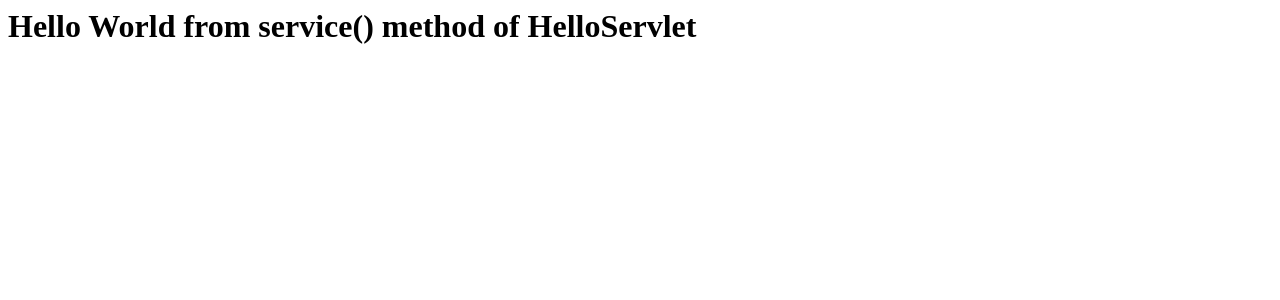
Repository: jacBowGo/revJava
Page: http://localhost/mine_first_servlet_app_demo/hello
An editor plug-in stored every save of this project. The page is shown before and after the next save, followed by the edit.
The browser window is 1280 px wide. The pictures show the whole page.
The page is served by Tomcat 9. Other server files are loaded and not shown.

Above is the page before, as saved 2020-10-11 18:02:23.

### ASSIGNMENTS/mine_first_servlet_app_demo/src/com/app/controller/HelloServlet.java
package com.app.controller;

import java.io.IOException;
import java.io.PrintWriter;

import javax.servlet.ServletException;
import javax.servlet.http.HttpServlet;
import javax.servlet.http.HttpServletRequest;
import javax.servlet.http.HttpServletResponse;

/**
 * Servlet implementation class HelloServlet
 */
public class HelloServlet extends HttpServlet {
	private static final long serialVersionUID = 1L;

    /**
     * @see HttpServlet#HttpServlet()
     */
    public HelloServlet() {
        super();
        // TODO Auto-generated constructor stub
    }

	/**
	 * @see HttpServlet#service(HttpServletRequest request, HttpServletResponse response)
	 */
	protected void service(HttpServletRequest request, HttpServletResponse response) throws ServletException, IOException {
		response.setContentType("text/html");
		PrintWriter out = response.getWriter();
		out.print("<h1>Hello World from service() method of HelloServlet</h>");
	}

	/**
	 * @see HttpServlet#doGet(HttpServletRequest request, HttpServletResponse response)
	 */
	protected void doGet(HttpServletRequest request, HttpServletResponse response) throws ServletException, IOException {
		response.setContentType("text/html");
		PrintWriter out = response.getWriter();
		out.print("<h1>Hello World from doGet() method of HelloServlet</h>");
	}

	/**
	 * @see HttpServlet#doPost(HttpServletRequest request, HttpServletResponse response)
	 */
	protected void doPost(HttpServletRequest request, HttpServletResponse response) throws ServletException, IOException {
		response.setContentType("text/html");
		PrintWriter out = response.getWriter();
		out.print("<h1>Hello World from doPost() method of HelloServlet</h>");
	}

	/**
	 * @see HttpServlet#doPut(HttpServletRequest, HttpServletResponse)
	 */
	protected void doPut(HttpServletRequest request, HttpServletResponse response) throws ServletException, IOException {
		response.setContentType("text/html");
		PrintWriter out = response.getWriter();
		out.print("<h1>Hello World from doPut() method of HelloServlet</h>");
	}

	/**
	 * @see HttpServlet#doDelete(HttpServletRequest, HttpServletResponse)
	 */
	protected void doDelete(HttpServletRequest request, HttpServletResponse response) throws ServletException, IOException {
		response.setContentType("text/html");
		PrintWriter out = response.getWriter();
		out.print("<h1>Hello World from doDelete() method of HelloServlet</h>");
	}

}

After the next save:
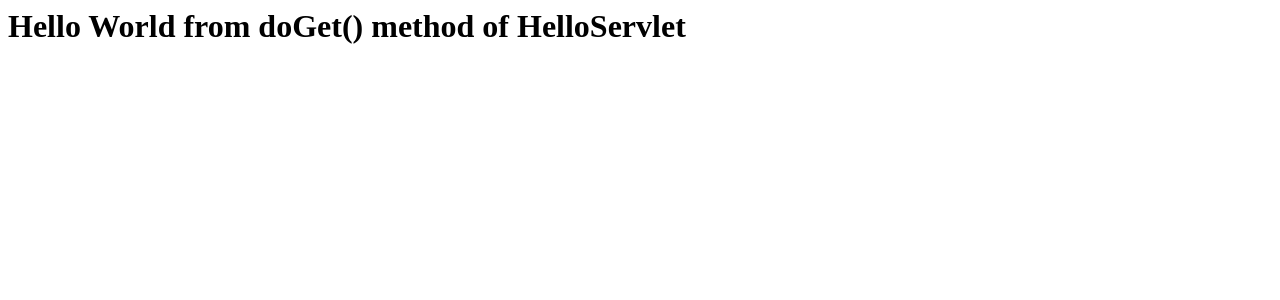
Saved 3 min 0 s later.
--- a/ASSIGNMENTS/mine_first_servlet_app_demo/src/com/app/controller/HelloServlet.java
+++ b/ASSIGNMENTS/mine_first_servlet_app_demo/src/com/app/controller/HelloServlet.java
@@ -25,11 +25,11 @@ public class HelloServlet extends HttpServlet {
 	/**
 	 * @see HttpServlet#service(HttpServletRequest request, HttpServletResponse response)
 	 */
-	protected void service(HttpServletRequest request, HttpServletResponse response) throws ServletException, IOException {
-		response.setContentType("text/html");
-		PrintWriter out = response.getWriter();
-		out.print("<h1>Hello World from service() method of HelloServlet</h>");
-	}
+//	protected void service(HttpServletRequest request, HttpServletResponse response) throws ServletException, IOException {
+//		response.setContentType("text/html");
+//		PrintWriter out = response.getWriter();
+//		out.print("<h1>Hello World from service() method of HelloServlet</h>");
+//	}
 
 	/**
 	 * @see HttpServlet#doGet(HttpServletRequest request, HttpServletResponse response)
